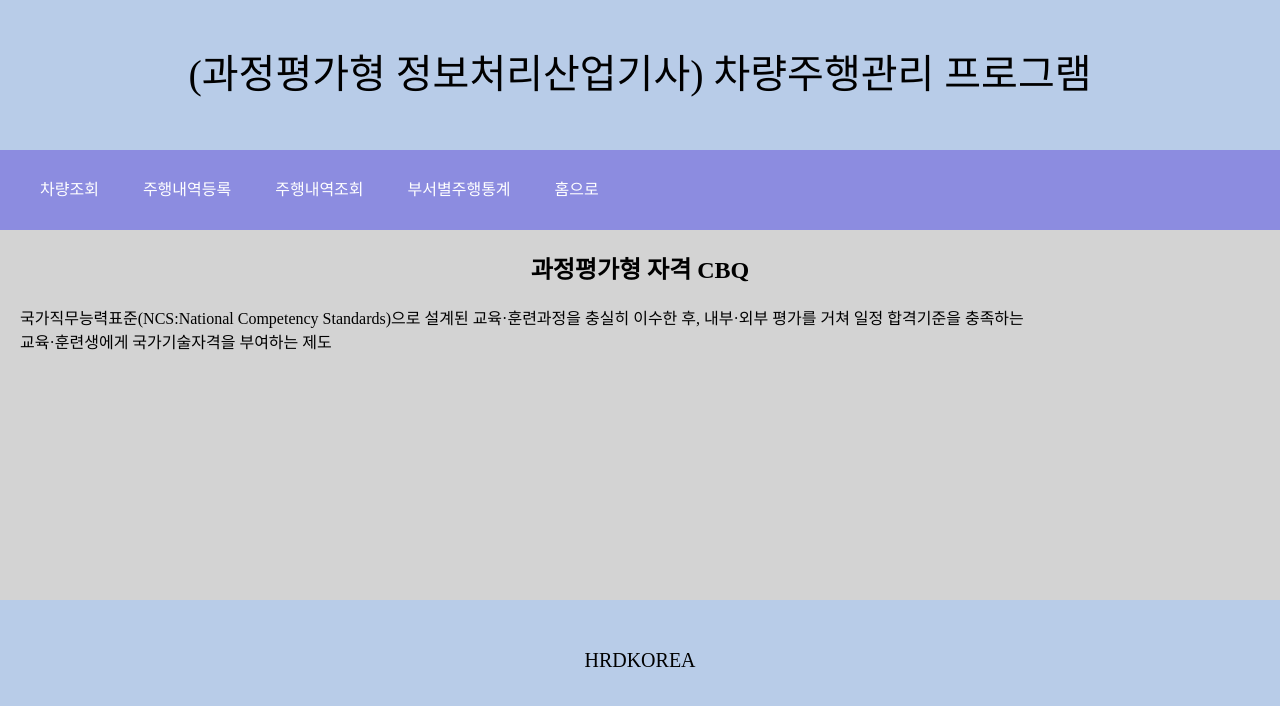
Repository: junhee97/-
Page: http://localhost/HRD_04/
The author's editor kept a copy of each file at every save. The page is drawn from the files as they stood at one save, then again after the next save.
The browser window is 1280 px wide. The pictures show the whole page.
The page is served by Tomcat 9.

Above is the page before, as saved 2025-08-14 13:51:03.

After the next save:
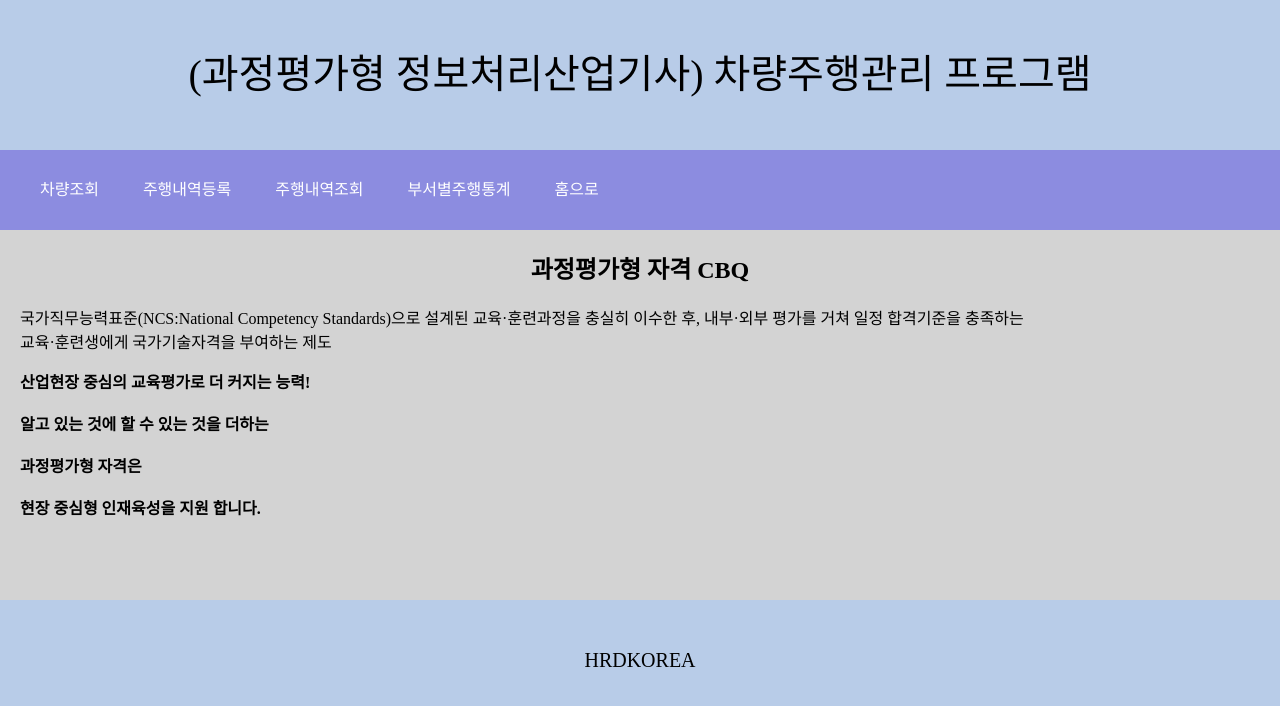
Saved 74 s later.
--- a/HRD_04/WebContent/index.jsp
+++ b/HRD_04/WebContent/index.jsp
@@ -17,8 +17,14 @@
 	교육·훈련생에게 국가기술자격을 부여하는 제도
 </p>
 
-<p style ="padding-left: 20px;">
-
+<p style ="padding-left: 20px; font-weight: 600;">
+	산업현장 중심의 교육평가로 더 커지는 능력! <br>
+	<br>
+	알고 있는 것에 할 수 있는 것을 더하는<br>
+	<br>
+	과정평가형 자격은<br>
+	<br>
+	현장 중심형 인재육성을 지원 합니다.<br>
 </p>
 
 </section>
